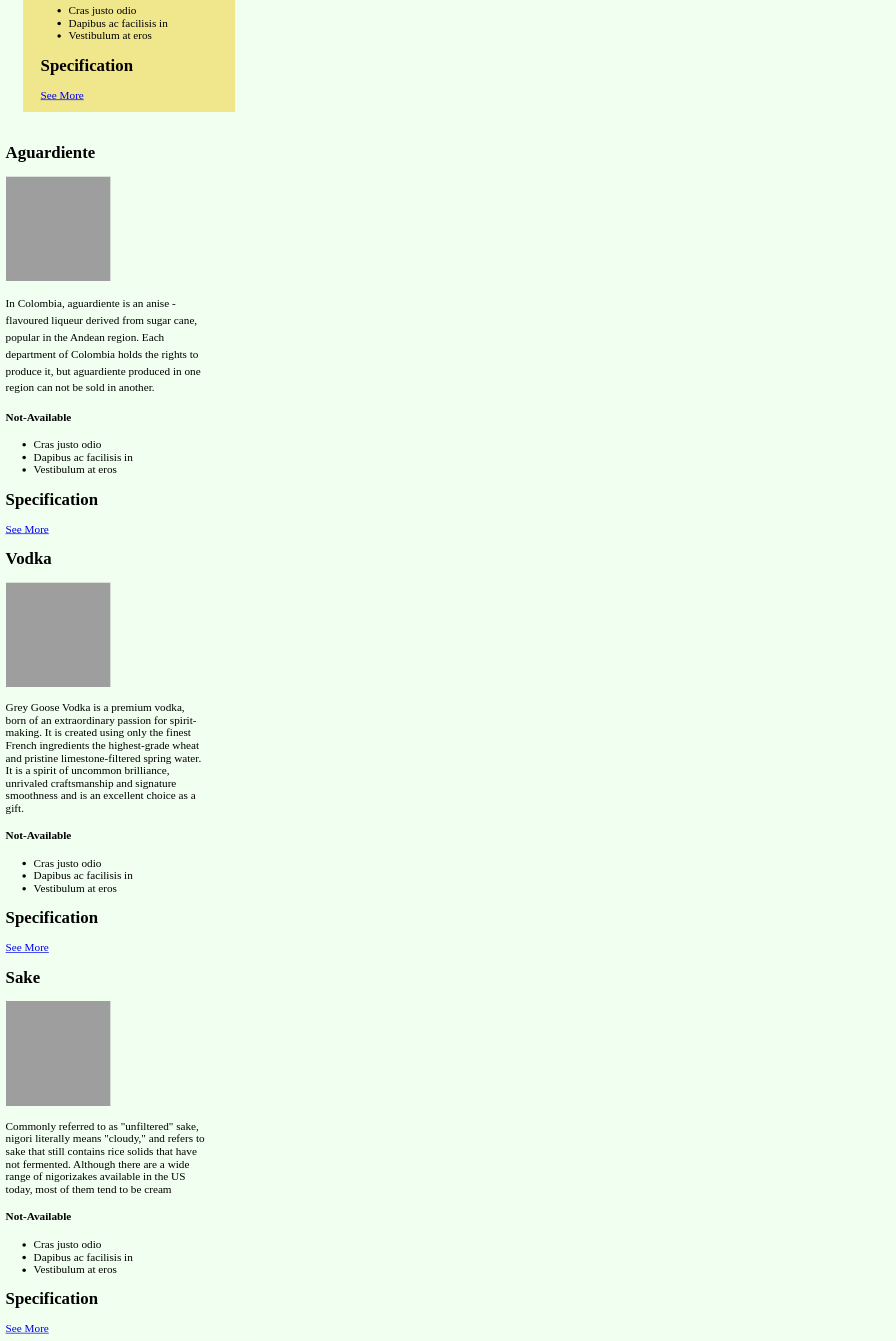
Repository: ZamlZam/REPO-11
Page: product-cards/index.html
An editor plug-in stored every save of this project. The page is shown before and after a run of saves, followed by the edit.
The browser window is 1280 px wide. The pictures show the part of the page from y = 1390 to 3310 px (the page is 3305 px tall before and 3310 px after), at 70% of full size.
Pictures or frames that could not be fetched are drawn as grey boxes.

Above is the page before, as saved 2023-04-14 20:34:02.

### product-cards/index.html
<!DOCTYPE html>
<html lang="en">
<head>
  <meta charset="UTF-8">
  <meta http-equiv="X-UA-Compatible" content="IE=edge">
  <meta name="viewport" content="width=device-width, initial-scale=1.0">
  <title>Document</title>
  <link rel="stylesheet" href="main.css">
</head>
<body>

  <div class ="wrapper">
    <div class="header"> ZamZam's Distillery</div>

  <div class="card-wrap">
    <div class="card-item">
    <div class="card1" style="width: 18rem;">
      <h2 class="whiskey">Jack Daniel</h2>
     <img src="https://www.finewinedelivery.co.nz/content/products/original/16561.jpg?width=1136" height = "150px" width="150px" alt="">
    <div class="card-body">

      <p class="card-text">Jack Daniel's is a Tennessee whiskey that has been around since the 1800s. It is the world's top-selling American whiskey and is considered very smooth.</p>
    </div>
  </div>
    <h4 class="Available">Not-Available</h4>
    <ul class="list-group list-group-flush">
      <li class="list-group-item">Cras justo odio</li>
      <li class="list-group-item">Dapibus ac facilisis in</li>
      <li class="list-group-item">Vestibulum at eros</li>
    </ul>
    <h2 class="specification">Specification</h2>
    <div class="card-body">
      <a href="#" class="btn btn-primary">See More</a>

    </div>
  </div>
  </div>
  </div>

  <div class="card-wrap2">
    <div class="card-item2">
    <div class="card2" style="width: 18rem;">
      <h2 class="tequila">Patron</h2>
     <img src="https://th.bing.com/th/id/OIP.omD1u9-5BvE0kcntTUyq4AHaGJ?pid=ImgDet&rs=1" height = "150px" width="150px" alt="">
    <div class="card-body2">

      <p class="card-text2">Patrón is a popular tequila brand, and its Silver Tequila is one of the hottest spirits on the market. Distilled in Jalisco, Mexico, from blue Weber agave, it's widely distributed and found in almost every bar and liquor store.</p>
    </div>
  </div>
    <h4 class="Available">Not-Available</h4>
    <ul class="list-group list-group-flush">
      <li class="list-group-item">Cras justo odio</li>
      <li class="list-group-item">Dapibus ac facilisis in</li>
      <li class="list-group-item">Vestibulum at eros</li>
    </ul>
    <h2 class="specification">Specification</h2>
    <div class="card-body">
      <a href="#" class="btn btn-primary">See More</a>

    </div>
  </div>
  </div>
</div>

<div class="card-wrap3">
  <div class="card-item3">
  <div class="card3" style="width: 18rem;">
    <h2 class="rum">Aguardiente</h2>
   <img src="https://s.cornershopapp.com/product-images/1050370.jpg?versionId=xuP.iP5MiWyH4wgZVeVdTTerM65pvh4C" height = "150px" width="150px" alt="">
  <div class="card-body3">

    <p class="card-text3">In Colombia, aguardiente is an anise -flavoured liqueur derived from sugar cane, popular in the Andean region. Each department of Colombia holds the rights to produce it, but aguardiente produced in one region can not be sold in another.</p>
  </div>
</div>
  <h4 class="Available">Not-Available</h4>
  <ul class="list-group list-group-flush">
    <li class="list-group-item">Cras justo odio</li>
    <li class="list-group-item">Dapibus ac facilisis in</li>
    <li class="list-group-item">Vestibulum at eros</li>
  </ul>
  <h2 class="specification">Specification</h2>
  <div class="card-body">
    <a href="#" class="btn btn-primary">See More</a>

  </div>
</div>
</div>
</div>

<div class="card-wrap4">
  <div class="card-item4">
  <div class="card4" style="width: 18rem;">
    <h2 class="Vodka">Vodka</h2>
   <img src="https://th.bing.com/th/id/OIP.A0LuDfu3pj8rYBoiSEGyLwHaNo?pid=ImgDet&rs=1" height = "150px" width="150px" alt="">
  <div class="card-body4">

    <p class="card-text4">Grey Goose Vodka is a premium vodka, born of an extraordinary passion for spirit-making. It is created using only the finest French ingredients the highest-grade wheat and pristine limestone-filtered spring water. It is a spirit of uncommon brilliance, unrivaled craftsmanship and signature smoothness and is an excellent choice as a gift.</p>
  </div>
</div>
  <h4 class="Available">Not-Available</h4>
  <ul class="list-group list-group-flush">
    <li class="list-group-item">Cras justo odio</li>
    <li class="list-group-item">Dapibus ac facilisis in</li>
    <li class="list-group-item">Vestibulum at eros</li>
  </ul>
  <h2 class="specification">Specification</h2>
  <div class="card-body">
    <a href="#" class="btn btn-primary">See More</a>

  </div>
</div>
</div>
</div>

<div class="card-wrap5">
  <div class="card-item5">
  <div class="card5" style="width: 18rem;">
    <h2 class="Sake">Sake</h2>
   <img src="https://www.wespeakwine.com/resize/Shared/Images/Product/Ohyama-Tokubetsu-Junmai-Nigori-Big-Mountain-Cloudy-Sake-500ML/ohyama_nigori_bottle.jpg?lr=t&bw=600&bh=600" height = "150px" width="150px" alt="">
  <div class="card-body5">

    <p class="card-text5">Commonly referred to as "unfiltered" sake, nigori literally means "cloudy," and refers to sake that still contains rice solids that have not fermented. Although there are a wide range of nigorizakes available in the US today, most of them tend to be cream</p>
  </div>
</div>
  <h4 class="Available">Not-Available</h4>
  <ul class="list-group list-group-flush">
    <li class="list-group-item">Cras justo odio</li>
    <li class="list-group-item">Dapibus ac facilisis in</li>
    <li class="list-group-item">Vestibulum at eros</li>
  </ul>
  <h2 class="specification">Specification</h2>
  <div class="card-body">
    <a href="#" class="btn btn-primary">See More</a>

  </div>
</div>
</div>
</div>
</body>


</html>

### product-cards/main.css
body{
  background-color:honeydew;
}

.wrapper .header {
  width: 100%;
  height: 50px;
  background: lightgreen;
  color: lightcoral;
  text-align: center;
  align-items: center;
  font-size: 30px;
  display:flex;
  justify-content: center;
  font-weight:500;
}

.card-wrap {
  padding: 25px;

  width: 20%;
  height: 100%;
  display: flex;
  justify-content: space-between;
  flex-wrap: wrap;
}

.card-wrap .card-item {
  padding: 15px 25px;
  width: 100%;
  background-color:khaki;
}

.card-wrap .card1 {
  padding: 35px 20px;
  border-radius: 5px;
  min-width: 225px;
  min-height: 300px;

}

.card-wrap .card1 img{
  margin-bottom: 5px;



}

.card-wrap .card1 .whiskey{
  color:teal;
  font-weight: 900;
  letter-spacing: 2px;
  font-size: 35px;
  white-space: nowrap;
  justify-content: center;
  text-align: center;
  align-items: center;
}

.card-wrap .card1 .card-body{
  font-style: 14px;
  line-height: 24px;
  color:black;
}

/**/

.card-wrap2 {
  padding: 25px;

  width: 20%;
  height: 100%;
  display: flex;
  justify-content: space-between;
  flex-wrap: wrap;
}

.card-wrap2 .card-item2 {
  padding: 15px 25px;
  width: 100%;
  background-color:khaki;
}

.card-wrap2 .card2 {
  padding: 35px 20px;
  border-radius: 5px;
  min-width: 225px;
  min-height: 300px;

}

.card-wrap2 .card2 img{
  margin-bottom: 5px;
}

.card-wrap2 .card2 .tequila{
  color:mediumaquamarine;
  font-weight: 900;
  letter-spacing: 2px;
  font-size: 35px;
  white-space: nowrap;
  justify-content: center;
  text-align: center;
  align-items: center;
}

.card-wrap2 .card2 .card-body2{
  font-style: 14px;
  line-height: 24px;
  color:black;
}

/**/

.card-wrap2 {
  padding: 25px;

  width: 20%;
  height: 100%;
  display: flex;
  justify-content: space-between;
  flex-wrap: wrap;
}

.card-wrap2 .card-item2 {
  padding: 15px 25px;
  width: 100%;
  background-color:khaki;
}

.card-wrap2 .card2 {
  padding: 35px 20px;
  border-radius: 5px;
  min-width: 225px;
  min-height: 300px;

}

.card-wrap2 .card2 img{
  margin-bottom: 5px;
}

.card-wrap23 .card3 .tequila{
  color:mediumaquamarine;
  font-weight: 900;
  letter-spacing: 2px;
  font-size: 35px;
  white-space: nowrap;
  justify-content: center;
  text-align: center;
  align-items: center;
}

.card-wrap3 .card3 .card-body3{
  font-style: 14px;
  line-height: 24px;
  color:black;
}

After the next 2 saves:
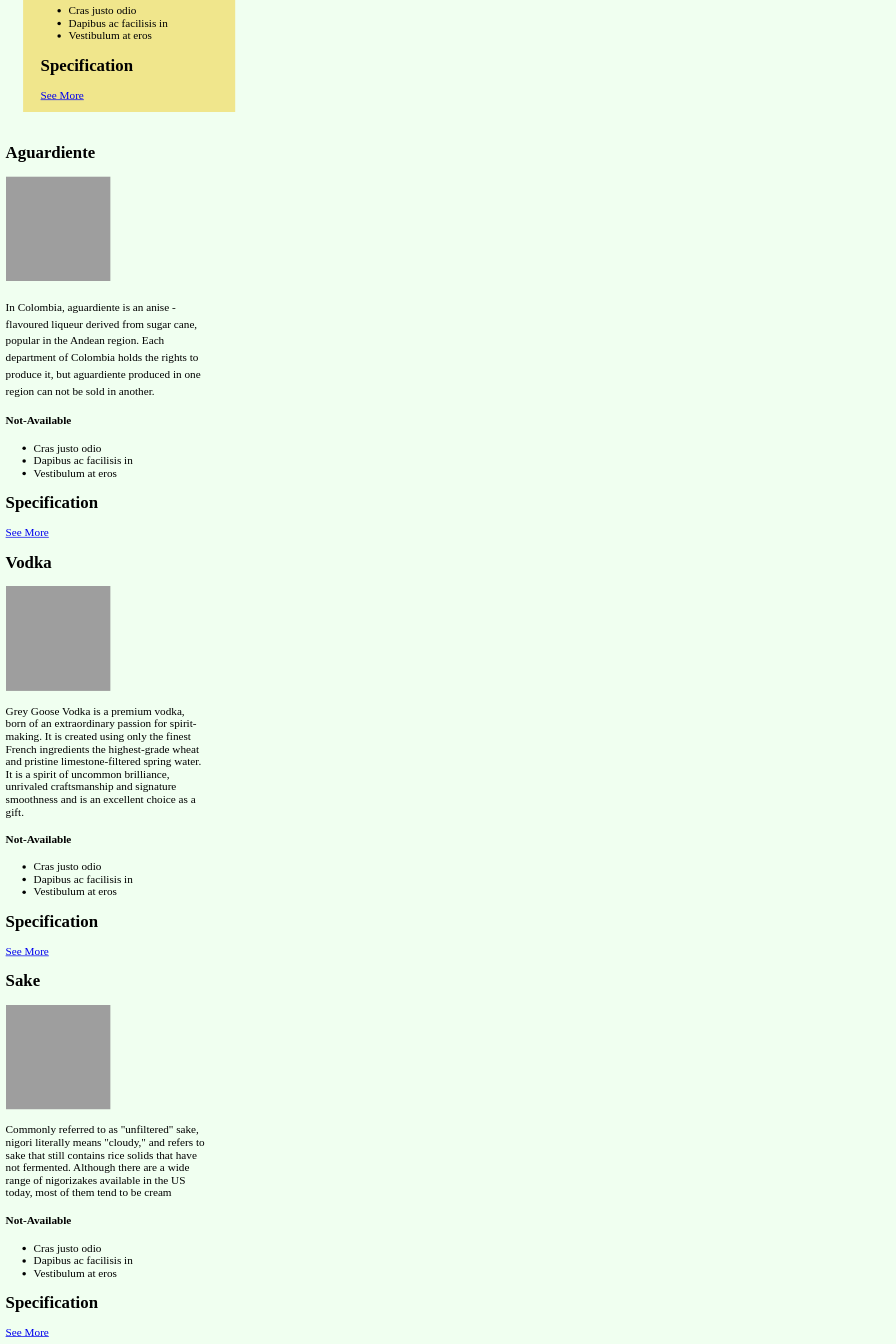
The 2 saves are shown as one change because they came seconds apart.
The last was saved 7 s later.
--- a/product-cards/main.css
+++ b/product-cards/main.css
@@ -136,7 +136,7 @@
 
 }
 
-.card-wrap2 .card2 img{
+.card-wrap3 .card3 img{
   margin-bottom: 5px;
 }
 
